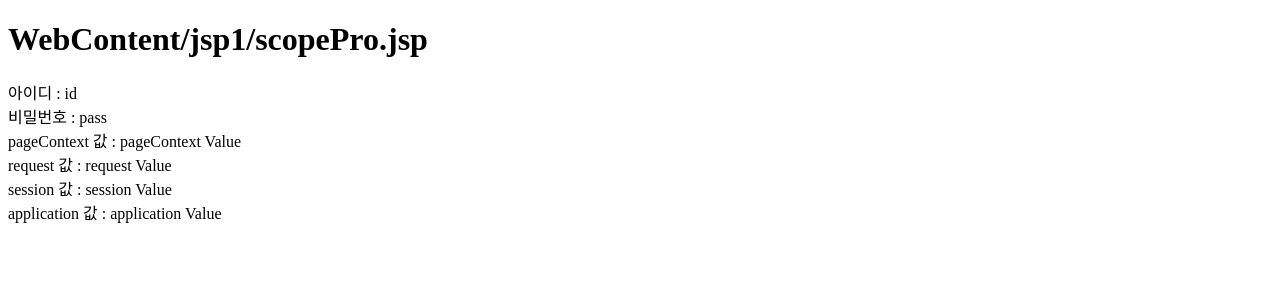
Repository: ReadStar/workspace_jsp
Page: http://localhost/StudyJSP/jsp1/scopePro.jsp
These files come from the project's save history. The page is drawn as it stood at one moment and after the next save; the edit follows.
The browser window is 1280 px wide. The pictures show the whole page.
The page is served by Tomcat 9.

Above is the page before, as saved 2020-08-13 01:47:27.

After the next save:
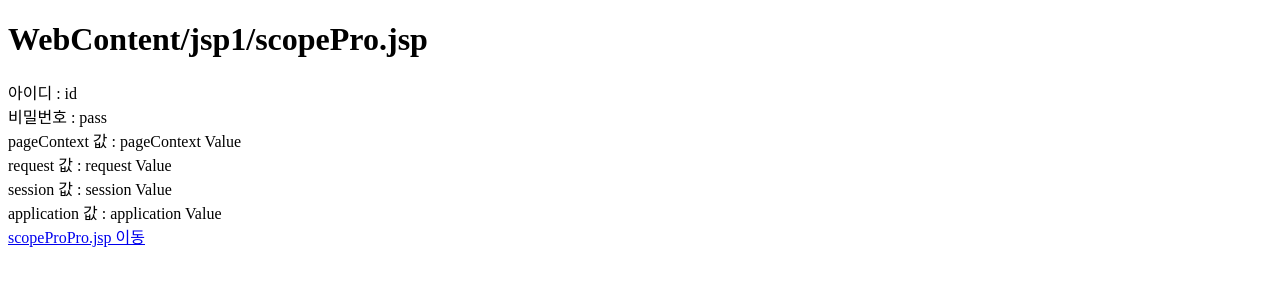
Saved 4 s later.
--- a/StudyJSP/WebContent/jsp1/scopePro.jsp
+++ b/StudyJSP/WebContent/jsp1/scopePro.jsp
@@ -33,7 +33,7 @@ pageContext 값 : <%=pageContext.getAttribute("page") %><br>
 request 값 : <%=request.getAttribute("req") %><br>
 session 값 : <%=session.getAttribute("ses") %><br>
 application 값 : <%=application.getAttribute("app") %><br>
-<a href="scopeProPro.jsp?id=<%=id%>"&"pass=<%=pass%>scopeProPro.jsp 이동</a>
+<a href="scopeProPro.jsp?id=<%=id%>"&"pass=<%=pass%>>scopeProPro.jsp 이동</a>
 <%-- <a href="scopeProPro.jsp?pass=<%=pass%>">scopeProPro.jsp이동</a> --%>
 <script type = "text/javascript">
 // 	alert("scopeProPro.jsp로 이동");
